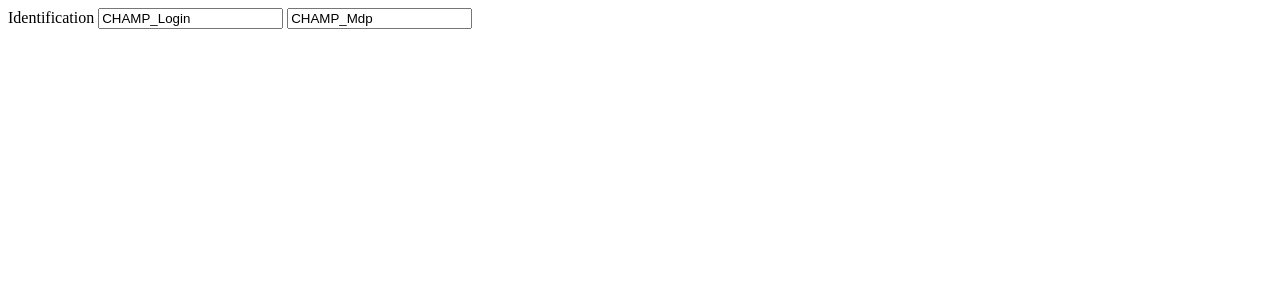
Repository: AntoAnt/WikiScolaire-
Page: http://localhost/InterfaceWikiScolair/Connexion.jsp
An editor plug-in stored every save of this project. The page is shown before and after the next save, followed by the edit.
The browser window is 1280 px wide. The pictures show the whole page.
The page is served by Tomcat 9. Other server files are loaded and not shown.

Above is the page before, as saved 2017-03-31 09:40:35.

### InterfaceWikiScolair/WebContent/Connexion.jsp
<%@ page language="java" contentType="text/html; charset=ISO-8859-1"
    pageEncoding="ISO-8859-1"%>
<!DOCTYPE html PUBLIC "-//W3C//DTD HTML 4.01 Transitional//EN" "http://www.w3.org/TR/html4/loose.dtd">
<html>
<head>
<meta http-equiv="Content-Type" content="text/html; charset=ISO-8859-1">
<title>Connexion</title>
</head>
<body>
Identification
<input type="text" value="CHAMP_Login" >
<input type="text" value="CHAMP_Mdp" >
</body>
</html>

After the next save:
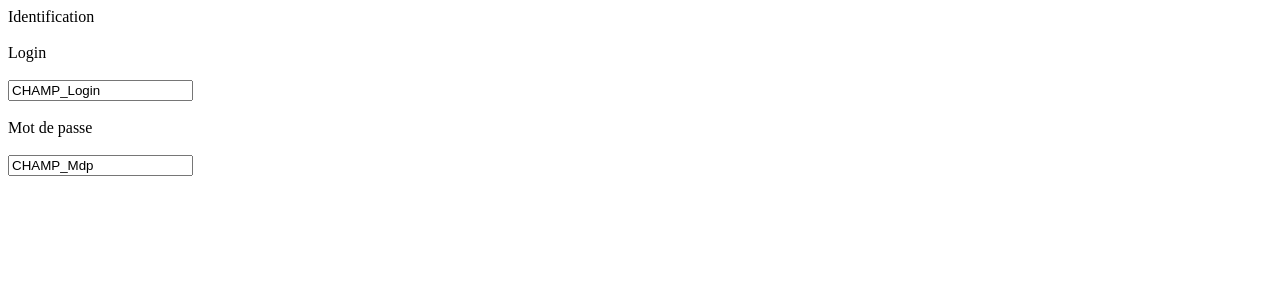
Saved 48 s later.
--- a/InterfaceWikiScolair/WebContent/Connexion.jsp
+++ b/InterfaceWikiScolair/WebContent/Connexion.jsp
@@ -7,8 +7,10 @@
 <title>Connexion</title>
 </head>
 <body>
-Identification
-<input type="text" value="CHAMP_Login" >
-<input type="text" value="CHAMP_Mdp" >
+Identification<br></br>
+Login<br></br>
+<input type="text" value="CHAMP_Login" ><br></br>
+Mot de passe <br></br>
+<input type="text" value="CHAMP_Mdp" ><br></br>
 </body>
 </html>
